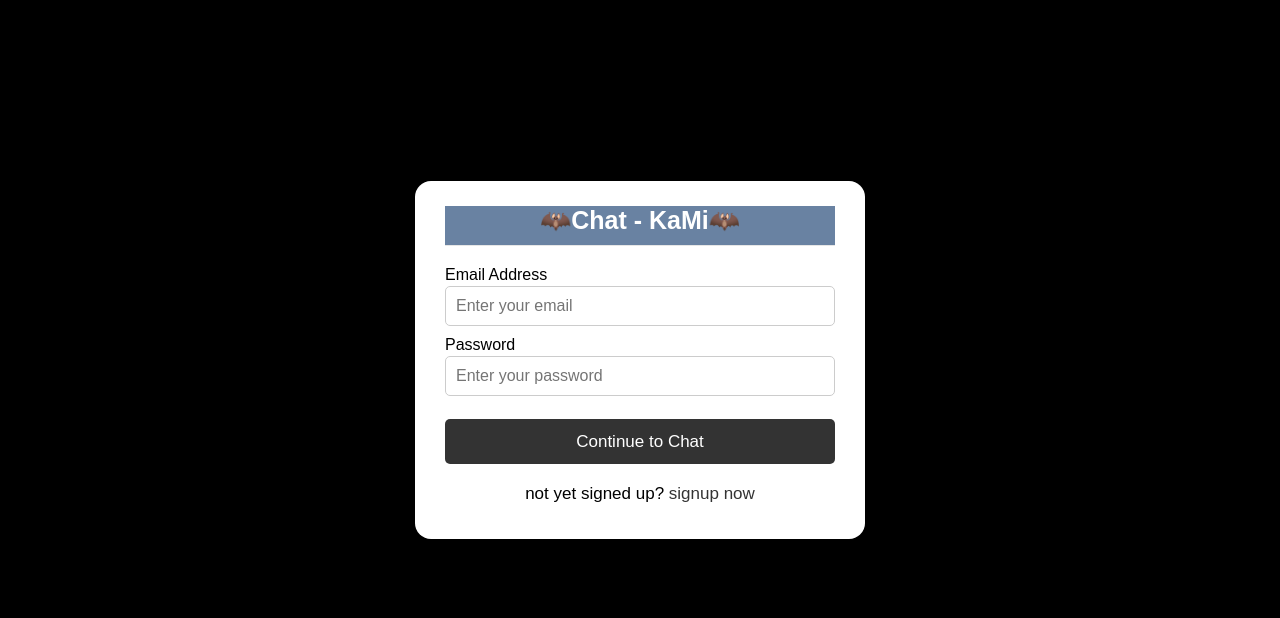
Repository: kananavy/CONQUER
Page: http://localhost/login.php
The author's editor kept a copy of each file at every save. The page is drawn from the files as they stood at one save, then again after the next save.
The browser window is 1280 px wide. The pictures show the whole page.
The page is run by PHP 8.4 with error messages shown; the project is at /var/www/html/.

Above is the page before, as saved 2023-01-21 09:41:58.

### login.php
<?php
session_start();
if(isset($_SESSION['unique_id'])){ //if user logged in
    header("location: user.php");
}
?>
<?php include_once "header.php"; ?>
<body>
    <div class="wrapper">
        <section class="form login">
            <header>🦇Chat - KaMi🦇</header>
            <form action="#"  autocomplete="off">
                <div class="error-txt"></div>
                    <div class="field input">
                        <label>Email Address</label>
                        <input type="email" name="email" placeholder="Enter your email" >
                    </div>
                    <div class="field input">
                        <label>Password</label>
                        <input type="password" name="password" placeholder="Enter your password" >
                        <i class="fas fa-eye"></i>
                    </div>
                    <div class="field button">
                        <input type="submit" value="Continue to Chat">
                    </div>
            </form>
            <div class="link">not yet signed up? <a href="index.php">signup now</a></div>
        </section>
    </div>
    <script src="javascript/login.js"></script>
</body>
</html>

### header.php
<!DOCTYPE html>
<html lang="en">
<head>
    <meta charset="UTF-8">
    <meta http-equiv="X-UA-Compatible" content="IE=edge">
    <meta name="viewport" content="width=device-width, initial-scale=1.0">
    <title>Teste</title>
    <link rel="stylesheet" href="chat.css">
</head>

### chat.css
*{
    margin: 0;
    padding: 0;
    box-sizing: border-box;
    text-decoration: none;
    font-family: 'Poppins', sans-serif;
}
body{
    display: flex;
    align-items: center;
    justify-content: center;
    min-height: 100vh;
    background: #000000;
    /* background-color: rgb(71, 182, 202); */
}
.wrapper{
    background: #fff;
    width: 450px;
    border-radius: 16px;
    box-shadow: 0 0 128px 0 rgba(0, 0, 0, 0.1),
                0 32px 64px -48px rgba(0, 0, 0, 0.5);
}

/*signup Form CSS code */
.form{
    padding: 25px 30px ;
}
.form header{
    font-size: 25px;
    font-weight: 600;
    padding-bottom: 10px;
    border-bottom: 1px solid #e6e6e6;
    color: rgb(255, 255, 255);
    text-align: center;
    background-color: rgba(41, 76, 122, 0.699);

}
.form form{
    margin: 20px 0;
}
.form form .error-txt{
    color: #721c24;
    background: #f8d7da;
    padding: 8px 10px;
    text-align: center;
    border-radius: 5px;
    margin-bottom: 10px;
    border: 1px solid #f5c6cb;
    display: none;
}
.form form .name-details{
    display: flex;
}
form .name-details .field:first-child{
    margin-right: 10px;
}
form .name-details .field:last-child{
    margin-left: 10px;
}
.form form .field{
    display: flex;
    flex-direction: column;
    margin-bottom: 10px;
}
.form form .field label{
    margin-bottom: 2px;
}
.form form .field input{
    outline: none;
}
.form form .input input{
    height: 40px;
    width: 100%;
    font-size:16px;
    padding: 0 10px;
    border: 1px solid#ccc;
    border-radius: 5px;
}
.form form .image input{
    font-size: 17px;
}
.form form .button input{
    margin-top: 13px;
    height: 45px;
    border: none;
    font-size: 17px;
    font-weight: 400;
    background: #333;
    color: #fff;
    border-radius: 5px;
    cursor: pointer;
}
.form .link{
    text-align: center;
    margin: 10px 0;
    font-size: 17px;
}
.form .link a{
    color: #333;
}
.form .link a:hover{
    text-decoration: underline;
}

/* Users Area CSS code */
.users{
    padding: 25px 30px;
}
.users header,
.users-list a{
    display: flex;
    align-items: center;
    padding-bottom: 20px;
    justify-content: space-between;
    border-bottom: 1px solid #e6e6e6;
}
.wrapper img{
    object-fit: cover;
    border-radius: 50%;
}
:is(.users, .users-list) .content{
    display: flex;
    align-items: center;
}
.users header .content img{
    height: 50px;
    width: 60px;
}
:is(.users, .users-list) .details{
    color: #000;
    margin-left: 15px;
}
:is(.users, .users-list) .details span{
    font-size:18px ;
    font-weight: 500;
}
.users header .logout{
  color: #fff;
  font-size: 17px;
  padding: 7px 15px;
  background: #333;
  border-radius: 5px;
}
.users .search{
    margin: 20px 0;
    display: flex;
    position: relative;
    align-items: center;
    justify-content: space-between;
}
.users .search .text{
    font-size: 18px;
}
.users .search input{
    position: absolute;
    height: 42px;
    width: calc(100% - 50px);
    border: 1px solid #ccc;
    padding: 0 13px ;
    font-size: 16px;
    border-radius: 5px 0 0 5px;
    outline: none;
    opacity: 0;
    pointer-events: none;
    transition: all 0.3s ease;
}
.users .search input.active{
    opacity: 1;
    pointer-events: auto;
}
.users .search button{
    width: 47px;
    height: 42px;
    border: none;
    outline: none;
    color: #333;
    background: #fff;
    cursor: pointer;
    font-size: 17px;
    border-radius: 0 5px 5px 0;
    transition: all 0.2s ease;

}
.users .search button.active{
    color: #fff;
    background: #333;
}
.users-list{
    max-height: 300px;
    overflow: auto;
}
:is(.users-list, .chat-box)::-webkit-scrollbar{
    width: 0px;

}
.users-list a{
    padding-right: 15px;
    margin-bottom: 15px;
    padding-right: 10px;
}
.users-list a .content img{
    height: 40px;
    width: 40px;
    border-bottom-color: #f1f1f1;
}
.users-list a .content p{
    color: #67676a;
}
.users-list a:last-child{
    border:none;
    margin-bottom: 0px;
}
.users-list a .status-dot{
    font-size: 15px;
    color: #05b43f;
}
/* We'll use this class name in phpto show offline status */
.users-list a .status-dot.offline{
   color: rgb(43, 32, 32);
   visibility: hidden;
}

/* Chat Area VSS code */
.chat-area header{
    display: flex;
    align-items: center;
    padding: 18px 30px;
}
.chat-area header .back-icon{
    font-size: 18px;
    color: #333;
}
.chat-area header img{
    height: 45px;
    width: 45px;
    margin: 0 15px;
}
.chat-area header span{
    font-size: 17px;
    font-weight: 500;
}
.chat-box{
    height: 400px;
    overflow: auto;
    background: #f7f7f7;
    padding: 10x 30px 20px 30px;
    box-shadow: inset 0 32px 32px -32px rgb(0 0 0 /5%),
                inset 0 32px 32px -32px rgb(0 0 0 /5%);
}
.chat-box .chat{
    margin: 15px 0;
}
.chat-box .chat p{
    word-wrap: break-word;
   padding: 8px 16px;
   box-shadow: 0 0 32px rgb(0 0 0 / 8%),
                0 16px 16px -16px rgb(0 0 0 / 10%);
}
.chat-box .outgoing{
    display: flex;
    align-items: flex-end;
}
.outgoing .details{
    margin-left: 10px;
    margin-right: auto;
    max-width: calc(100% - 130px);
}
.outgoing .details p{
    background: rgb(52, 51, 134);
    color: #fff;
    border-radius: 18px 18px 18px 0;
}
.chat-box .incoming{
    display: flex;
    /* align-items: flex-end; */
}
.chat-box .outgoing img{
    height: 35px;
    width: 35px;
}
.incoming .details{
    margin-right: 10px;
    margin-left: auto;
    max-width: calc(100% - 130px);
}
.incoming .details{
    background: #333;
    color: #fff;
    border-radius: 18px 18px 0 18px;
}
.chat-area .typing-area{
    padding: 18px 30px;
    display: flex;
    justify-content: space-between;
}
.typing-area input{
    height: 45px;
    width: calc(100% - 58px);
    font-size: 17px;
    border: 1px solid #ccc;
    padding: 0 13px;
    border-radius: 5px 0 0 5px;
    outline: none;
}
.typing-area button{
    width: 55px;
    border: none;
    outline: none;
    background: #333;
    color: #fff;
    border-radius: 0 5px 5px 0;
}

### javascript/login.js
const form = document.querySelector(".login form"),
continueBtn = form.querySelector(".button input"),
errorText = form.querySelector(".error-txt");

form.onsubmit = (e)=>{
    e.preventDefault(); //preventing form form submitting
}

continueBtn.onclick = ()=>{
// let's start Ajax
    let xhr = new XMLHttpRequest(); //creating XML object
    xhr.open("POST", "php/login.php", true);
    xhr.onload = ()=>{
        if(xhr.readyState === XMLHttpRequest.DONE){
            if(xhr.status === 200){
                let data = xhr.response;
                console.log(data);
                if(data == "success"){
                    location.href = "user.php";
                }else{
                    errorText.textContent = data;
                    errorText.style.display = "block";
                }
            }
        }
    }
    // we have to send the form date thought ajax to php
    let formData = new FormData(form); //crating new formData Object
    xhr.send(formData); //Sending the form data to php
}

After the next save:
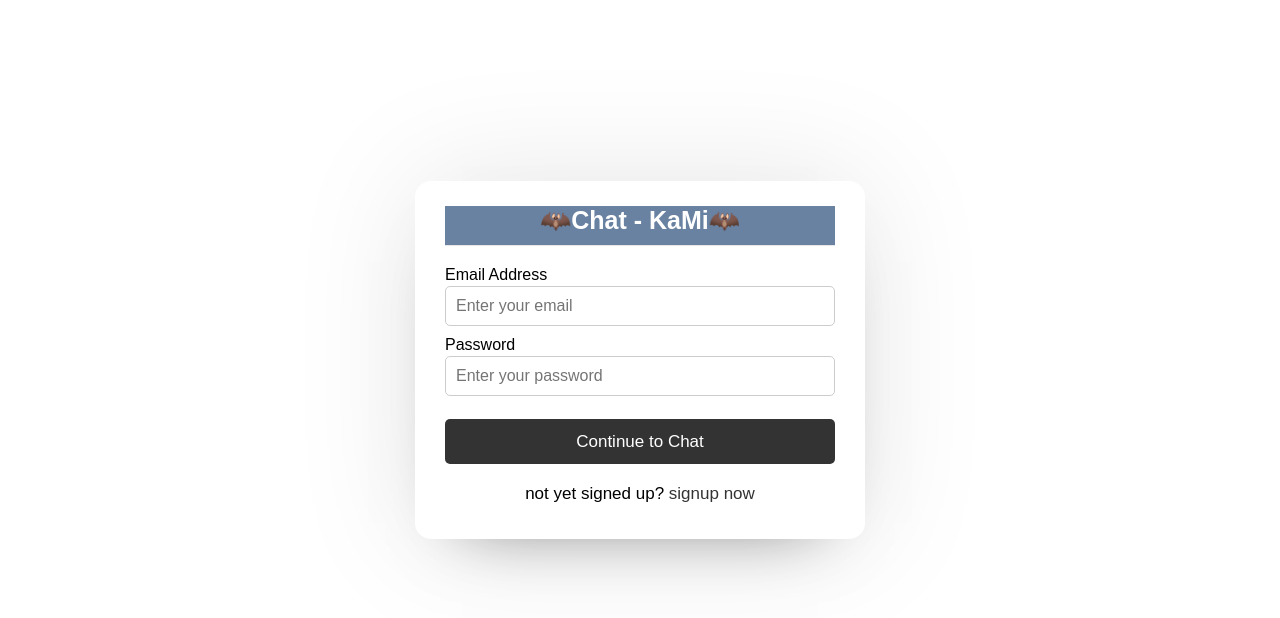
Saved 12 s later.
--- a/chat.css
+++ b/chat.css
@@ -10,7 +10,7 @@ body{
     align-items: center;
     justify-content: center;
     min-height: 100vh;
-    background: #000000;
+    background: #ffffff;
     /* background-color: rgb(71, 182, 202); */
 }
 .wrapper{
